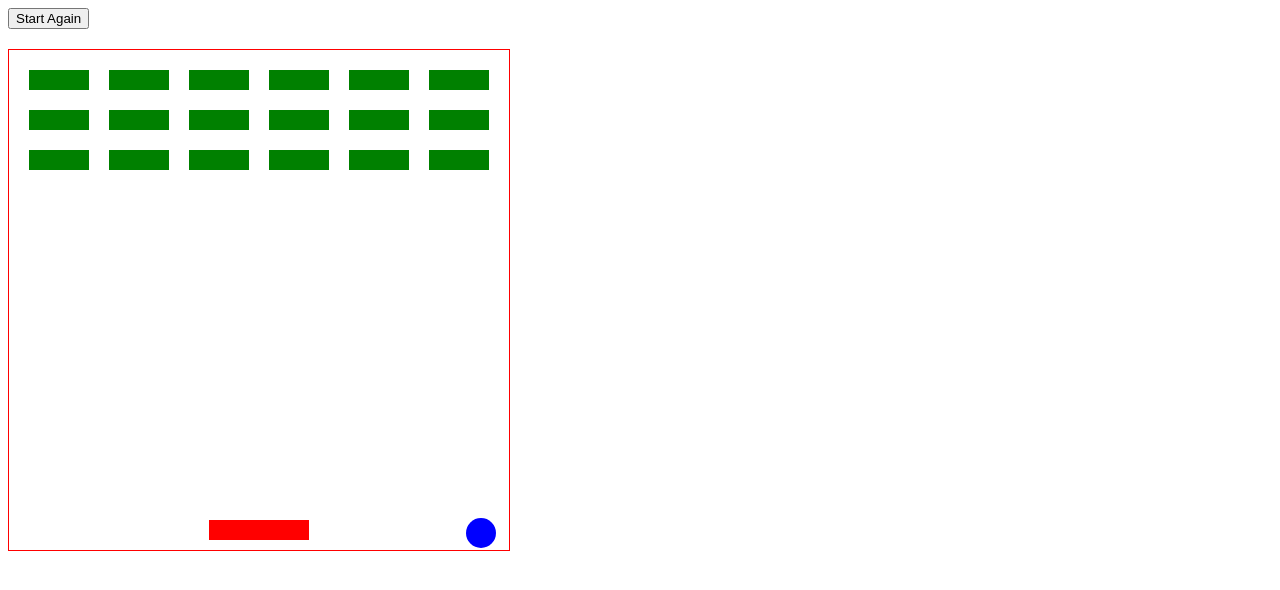
Repository: huynhsang96/CaseJS
Page: Demo_case/index.html
An editor plug-in stored every save of this project. The page is shown before and after the next save, followed by the edit.
The browser window is 1280 px wide. The pictures show the whole page.

Above is the page before, as saved 2022-02-18 20:48:28.

After the next save:
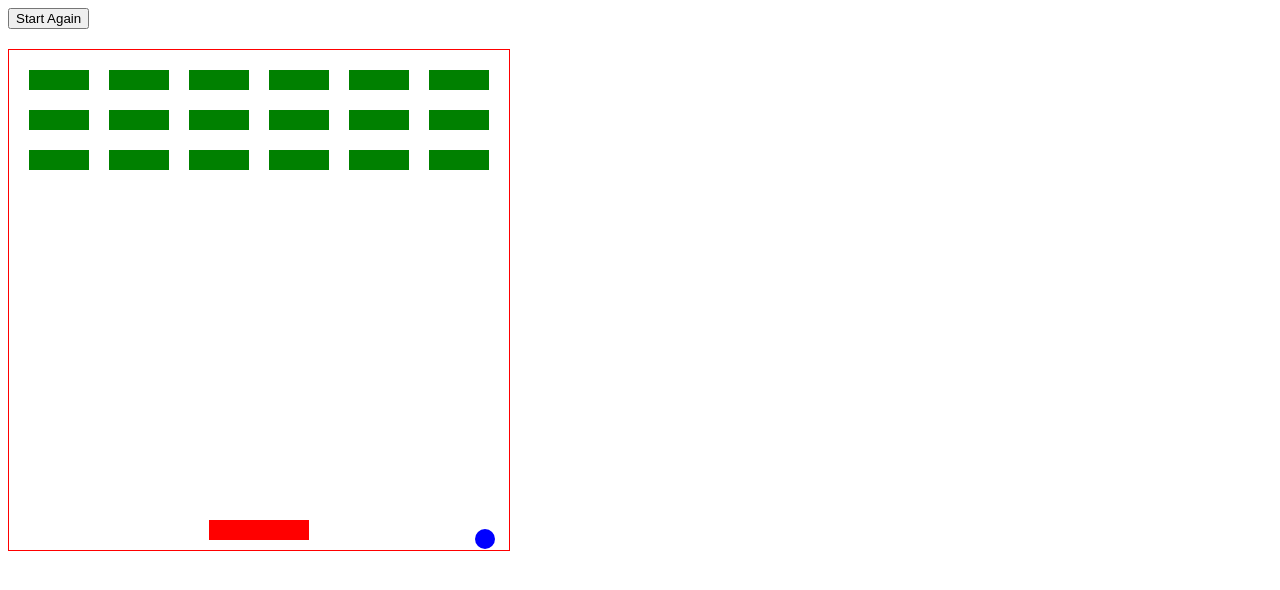
Saved 22 h 40 min later.
--- a/Demo_case/main.js
+++ b/Demo_case/main.js
@@ -1,4 +1,4 @@
-let ball = new Ball(250,150,15,"blue");
+let ball = new Ball(250,150,10,"blue");
 let bar = new Bar(100,20,"red");
 let bricks = new Brick();
 
